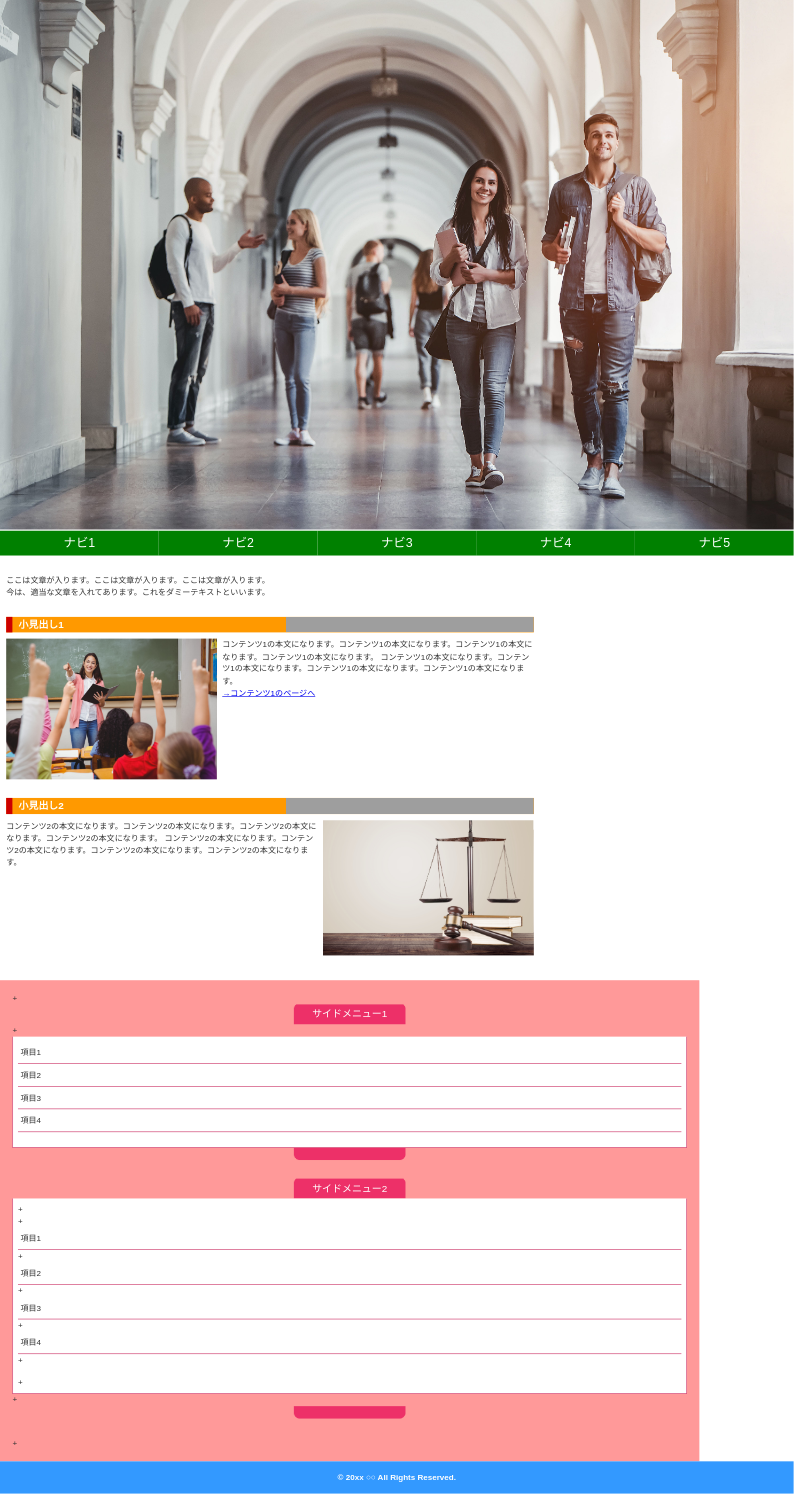
Repository: Burai919/samurai_HTML-CSS
Page: index3.html/home.html
The author's editor kept a record of every edit. The page is drawn from the files as they stood at one moment, then again after the next edit.
The browser window is 1280 px wide. The pictures show the whole page, at 62% of full size.
Pictures or frames that could not be fetched are drawn as grey boxes.

Above is the page before.

### index3.html/home.html
<!DOCTYPE html>
<html lang=" ja">
  <head>
    <meta charest="UTF-8">
    <title>HTML/CSSの学習</title>
    <link rel="stylesheet" href="stylesheet.css">
  </head>
  <body>
      <div id="header">
          <h1><a href="index.html"><img id="corridor" src="images/corridor.jpg" alt="大学の廊下" /></a></h1>
      </div>
    <div id="wrapper">
        <div id="nav">
                <ul>
                    <li><a href="home.html">ナビ1</a></li>
                    <li><a href="#">ナビ2</a></li>
                    <li><a href="#">ナビ3</a></li>
                    <li><a href="#">ナビ4</a></li>
                    <li><a href="#">ナビ5</a></li>
               </ul>
            </div>
                       <div id="container">
               <div id="main">
                    <div class="post">
                        <p>ここは文章が入ります。ここは文章が入ります。ここは文章が入ります。<br />今は、適当な文章を入れてあります。これをダミーテキストといいます。</p>
                    </div>
                    <div class="post clearfix">
                        <h2>小見出し1</h2>
                        <img class="left" src="images/classroom.jpg" alt="授業風景" />
                        <p>
                            コンテンツ1の本文になります。コンテンツ1の本文になります。コンテンツ1の本文になります。コンテンツ1の本文になります。
                            コンテンツ1の本文になります。コンテンツ1の本文になります。コンテンツ1の本文になります。コンテンツ1の本文になります。
                        </p>
                        <p><a href="#">→コンテンツ1のページへ</a></p>
                    </div>
                    <div class="post clearfix">
                        <h2>小見出し2</h2>
                        <img class="right" src="images/scale.jpg" alt="天秤" />
                        <p>
                            コンテンツ2の本文になります。コンテンツ2の本文になります。コンテンツ2の本文になります。コンテンツ2の本文になります。
                            コンテンツ2の本文になります。コンテンツ2の本文になります。コンテンツ2の本文になります。コンテンツ2の本文になります。
                        </p>
                    </div>
                </div>
            </div>
                      <div id="side">
                <div class="box">
+                    <h2>サイドメニュー1</h2>
+                    <div class="boxBody">
                        <ul>
                            <li>項目1</li>
                            <li>項目2</li>
                            <li>項目3</li>
                            <li>項目4</li>
                        </ul>
                    </div>
                </div>
                <div class="box">
                    <h2>サイドメニュー2</h2>
                    <div class="boxBody">
+                        <ul>
+                            <li>項目1</li>
+                            <li>項目2</li>
+                            <li>項目3</li>
+                            <li>項目4</li>
+                        </ul>
+                    </div>
+                </div>
+            </div>
  </div>
  <div id="footer">
      <p>&copy; 20xx ○○ All Rights Reserved.</p>
  </div>
 </body>
</html>

### index3.html/stylesheet.css
@charest "utf-8";

body {
      margin: 0;
      padding: 0;
      font-family: "ヒラギノ角ゴ　pro W3", "Hiragino Kaku Gothic Pro", "メイリオ", Meiryo, Osaka, "ＭＳ Ｐゴシック", "MS PGothic", sans-serif;
      color: #333;
      font-size: 13px;
      line-height: 150%;
}
/*---------------------wraper-----------------------------*/

#wraper {
      width: 100%;
      margin: auto;
      padding: 0px;
      border: 0px;
      background-color:#FFF;
      top: 10px;
      position: relative;
}

 /* -------------------- header -------------------- */
 #header {
 	width: 100%;
 }
 #header h1 {
 	 margin: 0;
	 padding: 0;
 }

 #corridor {
	 width: 100%;
	 height: auto;
 }
 /* -------------------- footer -------------------- */
 #footer {
 	 clear: both;
 	 width: 100%;
 	 padding: 3px 0 3px 0;
 	 background: #39F;
 	 color: #FFF;
 	 font-weight: bold;
 	 text-align: center;
 }

 /* -------------------- nav -------------------- */
 #nav {
	 width: 100%;
 }
 #nav ul {
    display: flex;
	 margin: 0;
	 padding: 0;
	 list-style-type: none;
 }
 #nav ul li {
	 width: 20%;
	 text-align: center;
 }
 #nav ul li a {
	 display: block;
	 height: 20px;
	 margin: 0;
	 padding: 10px;
	 color: #FFF;
	 font-size: 20px;
	 text-decoration: none;
	 background-color: green;
 }

 #nav ul li a:hover {
     filter: drop-shadow(10px 10px 10px black);
 }

 /* -------------------- container -------------------- */
 #container {
	 width: 100%;
	 margin: auto ;
	 padding: auto;
	 padding-top: 20px;
	 clear: both;
	 display: grid;
	 grid-template-columns: 70vw 30vw
 }
 /* -------------------- main -------------------- */
 #main {
     width: 95%;
	 padding: 10px 30px 10px 10px;
 }
 #main h2 {
	 margin: 0 0 10px 0;
	 padding: 3px 10px 3px 10px;
	 color: #FFF;
	 font-size: 16px;
	 border-left: solid 10px #C00;
	 background: #F90 url(../images/main_h2.jpg) right top repeat-y;
 }
 #main p {
	 margin: 0;
	 padding: 0;
 }
 #main .post {
	 margin: 0 0 30px 0;
 }

 #main .post img.right {
	 margin: 0 0 0 8px;
 }
 #main .post img.left {
	 margin: 0 8px 0 0;
 }

 .right {
	 float: right;
	 width: 40%;
	 height: auto;
 }
 .left {
	 float: left;
	 width: 40%;
	 height: auto;
 }

 /* -------------------- clearfix -------------------- */
 .clearfix {
	 zoom: 1;
 }
 .clearfix:after{
	 content: "";
	 display: block;
	 clear: both;
 }
 /* -------------------- side -------------------- */
 #side {
 	 width: 85%;
 	 padding: 20px;
 	 background-color: #F99;
 }
 #side .box {
 	 margin: 0 auto 30px auto;
 	 padding: 0 0 20px 0;
 	 background: url(images/side_box.png) bottom no-repeat;
 }
 #side .box h2 {
 	 margin: 0;
 	 padding: 8px;
 	 text-align: center;
 	 color: #fff;
 	 font-size: 16px;
 	 line-height: 16px;
 	 font-weight: normal;
 	 background: url(images/side_box_h2.png) center no-repeat;
 }
 #side .box .boxBody {
 	 padding: 8px;
 	 border-right: solid 1px #C36;
 	 border-bottom: solid 1px #C36;
 	 border-left: solid 1px #C36;
 	 background: #fff;
 }
 #side .box .boxBody ul {
 	 margin: 0 0 16px 0;
 	 padding: 0;
 }
 #side .box .boxBody ul li {
 	 padding: 8px 0 8px 4px;
 	 list-style: none;
 	 border-bottom: solid 1px #C36;
 }
  #side .box .boxBody ul li:hover {
         padding: 8px 0 8px 4px;
         list-style: none;
         border-bottom: solid 1px #c36;
         box-shadow: 0px 4px 4px rgba(0, 0, 0, 0.3);
  }

After the next edit:
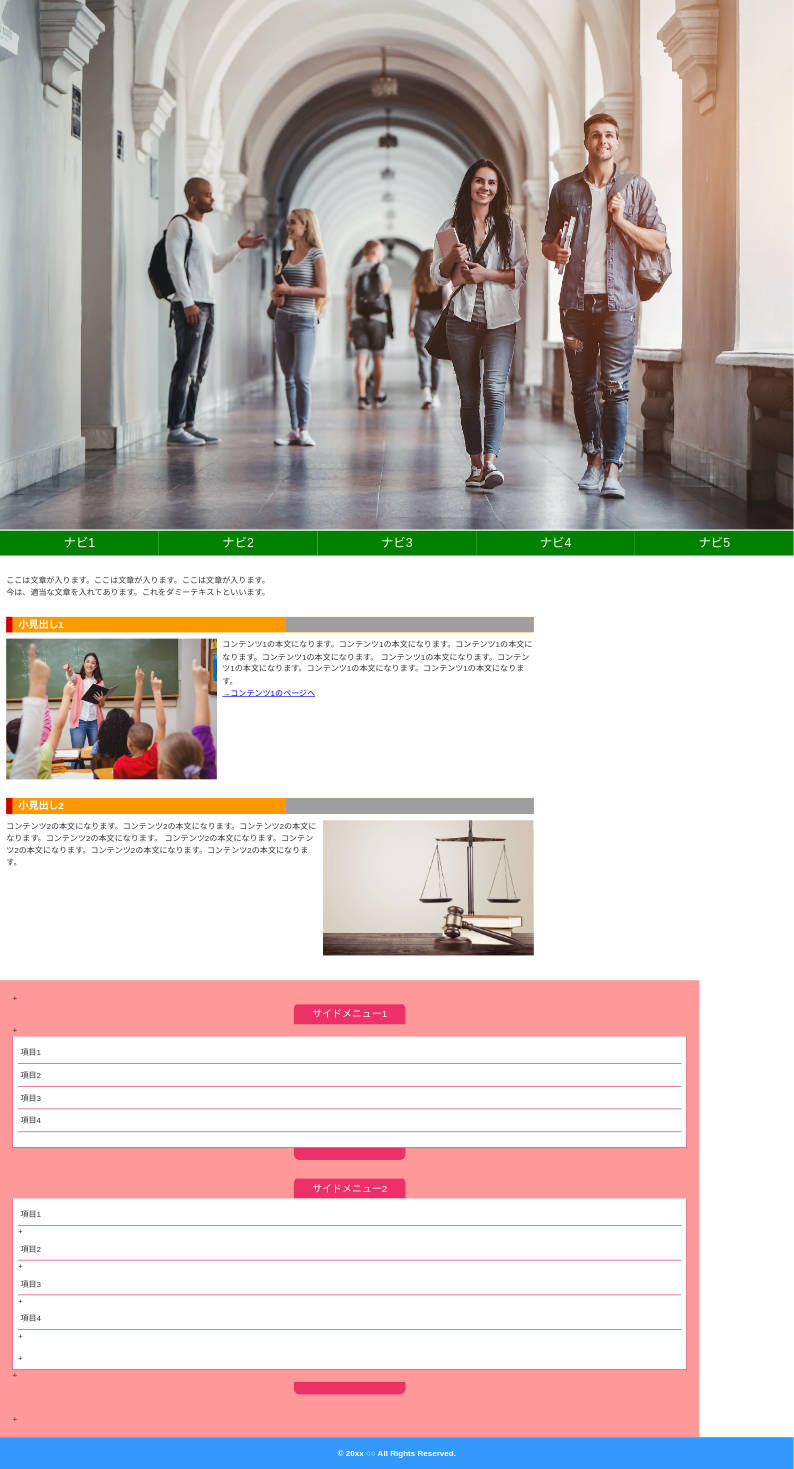
The edit:
--- a/index3.html/home.html
+++ b/index3.html/home.html
@@ -58,8 +58,8 @@
                 <div class="box">
                     <h2>サイドメニュー2</h2>
                     <div class="boxBody">
-+                        <ul>
-+                            <li>項目1</li>
+                        <ul>
+                            <li>項目1</li>
 +                            <li>項目2</li>
 +                            <li>項目3</li>
 +                            <li>項目4</li>
